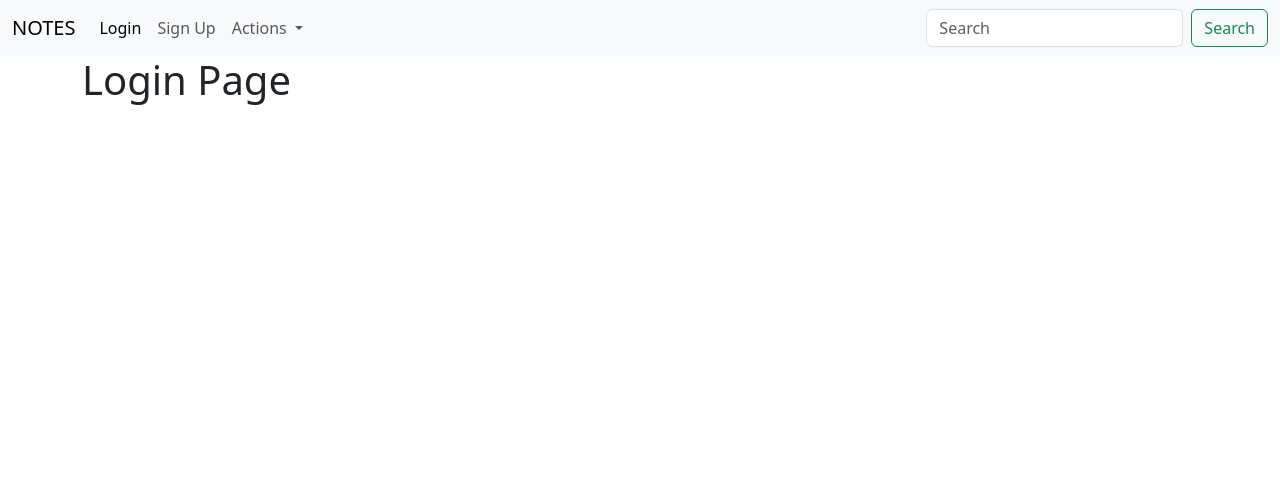
Repository: Qu4ntumGuy/flask-notes
Page: http://localhost/login
These files come from the project's save history. The page is drawn as it stood at one moment and after the next save; the edit follows.
The browser window is 1280 px wide. The pictures show the whole page.
The page is served by the project's application, run on Flask 3 (website/__init__.py).

Above is the page before, as saved 2024-05-30 19:25:39.

After the next save:
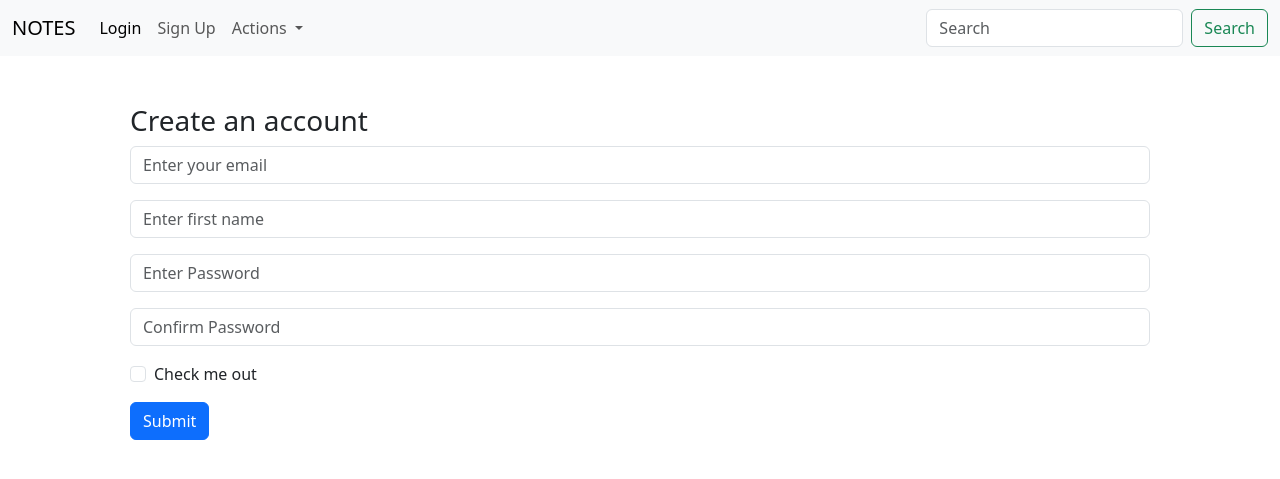
Saved 97 s later.
--- a/website/templates/login.html
+++ b/website/templates/login.html
@@ -1,5 +1,30 @@
 {%extends "index.html" %} {% block title %} Login {% endblock %}
 
 {% block content %}
-<h1>Login Page</h1>
+<form method="post" class="m-5">
+    <div class="mb-3 mt-5">
+        <div class="">
+            <h3>Create an account</h3>
+        </div>
+      <!-- <label for="email" class="form-label">Email</label> -->
+      <input type="email" class="form-control" id="email" aria-describedby="emailHelp" name="email" placeholder="Enter your email">
+    </div>
+    <div class="mb-3">
+        <!-- <label for="firstName" class="form-label">First Name</label> -->
+        <input type="text" class="form-control" id="firstName" aria-describedby="emailHelp" name="firstName" placeholder="Enter first name">
+      </div>
+    <div class="mb-3">
+      <!-- <label for="password" class="form-label">Password</label> -->
+      <input type="password" class="form-control" name="password" id="password" placeholder="Enter Password">
+    </div>
+    <div class="mb-3">
+        <!-- <label for="confirmPassword" class="form-label">Confirm Password</label> -->
+        <input type="password" class="form-control" name="password" id="confirmPassword" placeholder="Confirm Password">
+      </div>
+    <div class="mb-3 form-check">
+      <input type="checkbox" class="form-check-input" id="exampleCheck1">
+      <label class="form-check-label" for="exampleCheck1">Check me out</label>
+    </div>
+    <button type="submit" class="btn btn-primary">Submit</button>
+  </form>
 {% endblock %}
